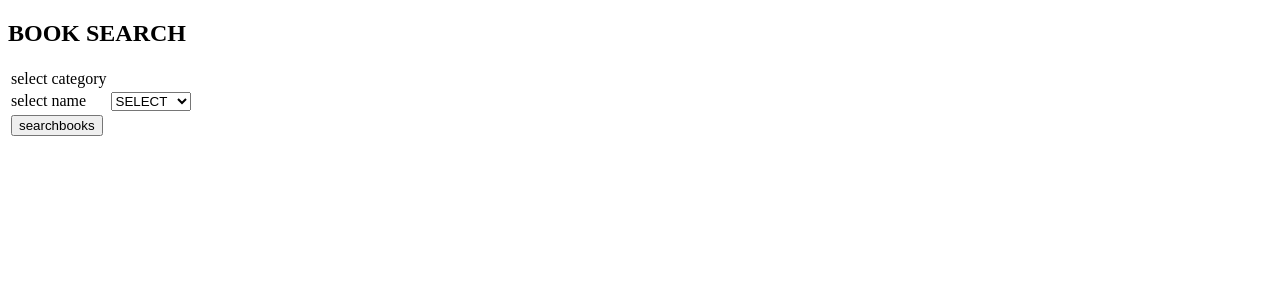
Repository: loky91/MYLABSONLY
Page: http://localhost/Lab9_SHOPPING_CART/
The author's editor kept a copy of each file at every save. The page is drawn from the files as they stood at one save, then again after the next save.
The browser window is 1280 px wide. The pictures show the whole page.
The page is served by Tomcat 9.

Above is the page before, as saved 2017-07-02 01:37:45.

After the next save:
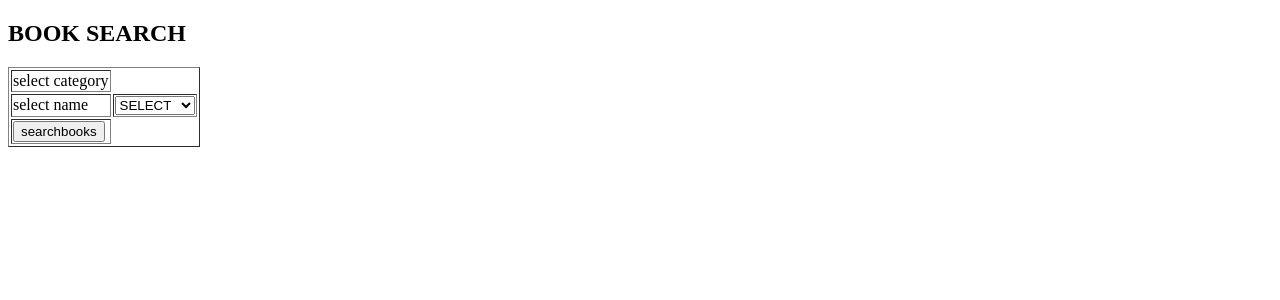
Saved 60 s later.
--- a/J2EE-SERVLET/Lab9_SHOPPING_CART/WebContent/index.jsp
+++ b/J2EE-SERVLET/Lab9_SHOPPING_CART/WebContent/index.jsp
@@ -11,9 +11,9 @@
 
 <form action="searchbook.jlc">
 
-<table>
+<table border="1">
 <tr>
-<td>select category</td>
+<td align="center">select category</td>
 
 </tr>
 <tr><td>select name</td><td> <select name="category">
